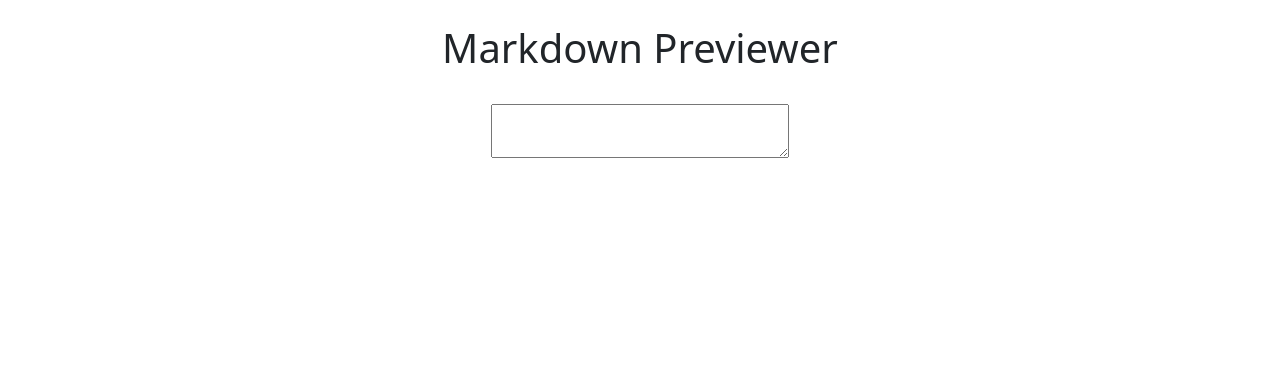
Repository: MikeeBuilds/markdownpreviewer
Page: index.html
The author's editor kept a copy of each file at every save. The page is drawn from the files as they stood at one save, then again after a run of saves.
The browser window is 1280 px wide. The pictures show the whole page.

Above is the page before, as saved 2023-04-15 14:18:38.

### index.html
<!DOCTYPE html>
<html lang="en">
  <head>
    <meta charset="UTF-8" />
    <meta http-equiv="X-UA-Compatible" content="IE=edge" />
    <meta name="viewport" content="width=device-width, initial-scale=1.0" />
    <link rel="stylesheet" href="https://cdnjs.cloudflare.com/ajax/libs/twitter-bootstrap/5.2.3/css/bootstrap.min.css"/>
    <link rel="stylesheet" href="./style.css" />
    <script
      crossorigin
      src="https://unpkg.com/react@16/umd/react.development.js"
    ></script>
    <script
      crossorigin
      src="https://unpkg.com/react-dom@16/umd/react-dom.development.js"
    ></script>
    <script src="https://unpkg.com/@babel/standalone/babel.min.js"></script>
    <title>Markdown Previewer</title>
  </head>
  <body>
    <div id="root"></div>
    <script type="text/babel" src="./index.js"></script>
  </body>
</html>

### index.js
function App() {
    return (
        <div className="text-center px-4">
            <h1 className="p-4">Markdown Previewer</h1>
            <textarea name="text" id="text" cols="30" />
        </div>

    )
}




ReactDOM.render(<App />, document.getElementById('root'));

Loaded but not shown: style.css (no stored copy; drawn as an empty file)

After the next 2 saves:
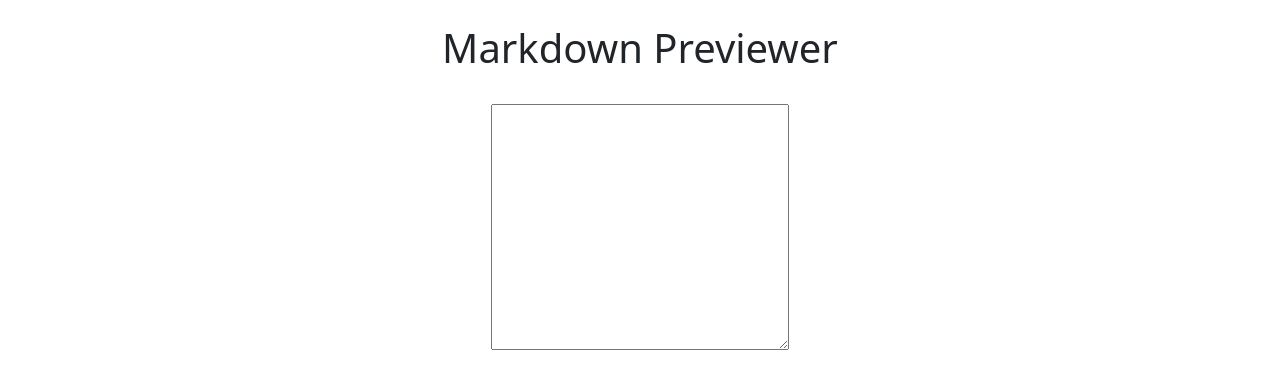
The 2 saves are shown as one change because they came seconds apart.
The last was saved 6 s later.
--- a/index.js
+++ b/index.js
@@ -2,7 +2,7 @@ function App() {
     return (
         <div className="text-center px-4">
             <h1 className="p-4">Markdown Previewer</h1>
-            <textarea name="text" id="text" cols="30" />
+            <textarea name="text" id="text" cols="30" rows="10" />
         </div>
 
     )
